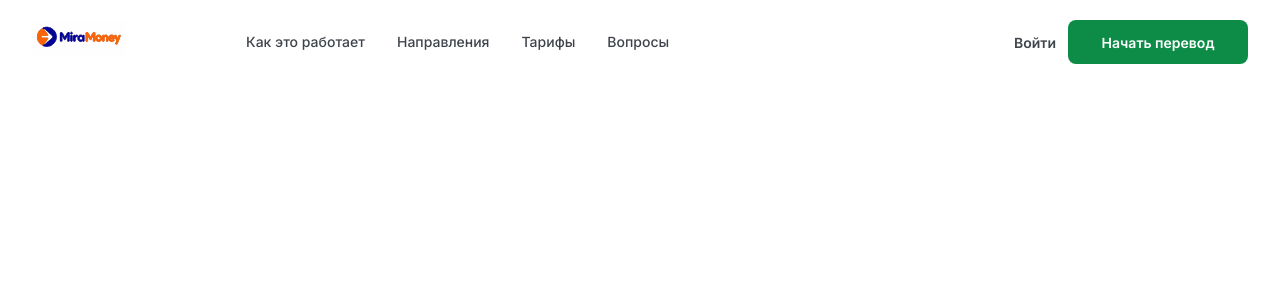
Repository: Shaiyr1/mira-money
Page: index.html
The author's editor kept a copy of each file at every save. The page is drawn from the files as they stood at one save, then again after a run of saves.
The browser window is 1280 px wide. The pictures show the whole page.

Above is the page before, as saved 2026-10-20 16:18:51.

### index.html
<!DOCTYPE html>
<html lang="en">
<head>
    <meta charset="UTF-8">
    <meta http-equiv="X-UA-Compatible" content="IE=edge">
    <meta name="viewport" content="width=device-width, initial-scale=1.0">
    <link rel="stylesheet" href="/src/css/style.css">
    <title>Document</title>
</head>
<body>
    <header class="header">
        <nav class="header-nav">
            <a class="header-nav__link" href="">
                <img class="header-nav__link-logo" src="./src/img/logo.svg" alt="logo">
            </a>
            <ul class="header-nav__ul">
                <li class="header-nav__li">
                    <a class="header-nav__li-link" href="">Как это работает</a>
                </li>
                <li class="header-nav__li">
                    <a class="header-nav__li-link" href="">Направления</a>
                </li>
                <li class="header-nav__li">
                    <a class="header-nav__li-link" href="">Тарифы</a>
                </li>
                <li class="header-nav__li">
                    <a class="header-nav__li-link" href="">Вопросы</a>
                </li>
            </ul>
            <div class="header-nav__sign">
                <a class="header-nav__sign-link" href="">Войти</a>
                <button class="header-nav__sign-btn">Начать перевод</button>
            </div>
        </nav>
    </header>
    <main class="main">
        <section class="home">
            <div class="container">

            </div>
        </section>
        <section class="advantages">
            <div class="container">

            </div>
        </section>
    </main>
</body>
</html>

### src/css/style.css
@import url('https://fonts.googleapis.com/css2?family=Inter:ital,opsz,wght@0,14..32,100..900;1,14..32,100..900&display=swap');

* {
    margin: 0;
    padding: 0;
    box-sizing: border-box;
}

.header {}

.header-nav {
    width: 95%;
    height: 84px;
    margin: 0 auto;
    display: flex;
    align-items: center;
}

.header-nav__link {}

.header-nav__link-logo {}

.header-nav__ul {
    margin-left: 120px;
    display: flex;
    align-items: center;
    gap: 32px;
}

.header-nav__li {
    list-style-type: none;
}

.header-nav__li-link {
    text-decoration: none;
    color: #3f444c;
    font-size: 14px;
    font-family: Inter;
    font-weight: 500;
    transition: 0.4s;
}
.header-nav__li-link:hover {
    color: #0c8c47;
    transition: 0.4s;
    font-size: 14.5px;
}

.header-nav__sign {
    margin-left: auto;
    display: flex;
    align-items: center;
    gap: 12px;
}

.header-nav__sign-link {
    text-decoration: none;
    color: #3f454c;
    font-size: 14px;
    font-family: Inter;
    font-weight: 600;
    transition: 0.4s;
}
.header-nav__sign-link:hover {
    color: #0c8c47;
    transition: 0.4s;
    font-size: 14.5px;

}
.header-nav__sign-btn {
    background-color: #0c8c47;
    width: 180px;
    height: 44px;
    border-radius: 8px;
    color: #ffffff;
    font-size: 14px;
    font-family: Inter;
    font-weight: 600;
    border: none;
    cursor: pointer;
    transition: 0.4s;
}
.header-nav__sign-btn:hover {
    background-color: rgb(0, 96, 0);
    transition: 0.4s;
}

After the next 5 saves:
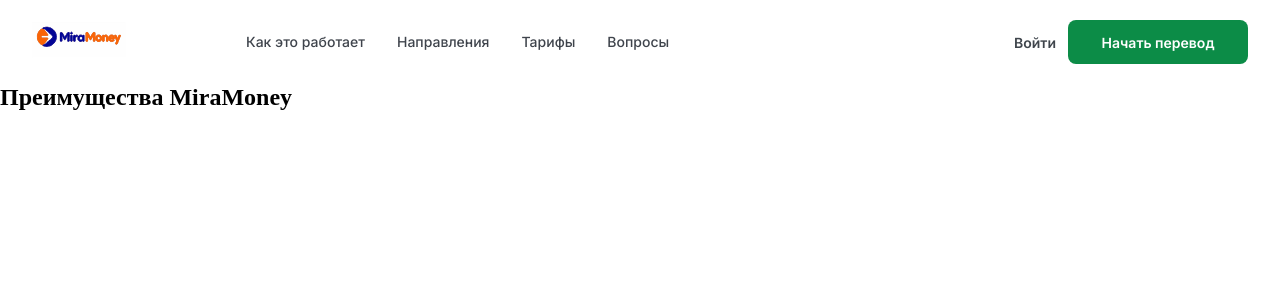
The 5 saves are shown as one change because they came seconds apart.
The last was saved 35 s later.
--- a/index.html
+++ b/index.html
@@ -41,6 +41,9 @@
         </section>
         <section class="advantages">
             <div class="container">
+                <h2 class="advantages__title">
+                    Преимущества MiraMoney
+                </h2>
 
             </div>
         </section>
